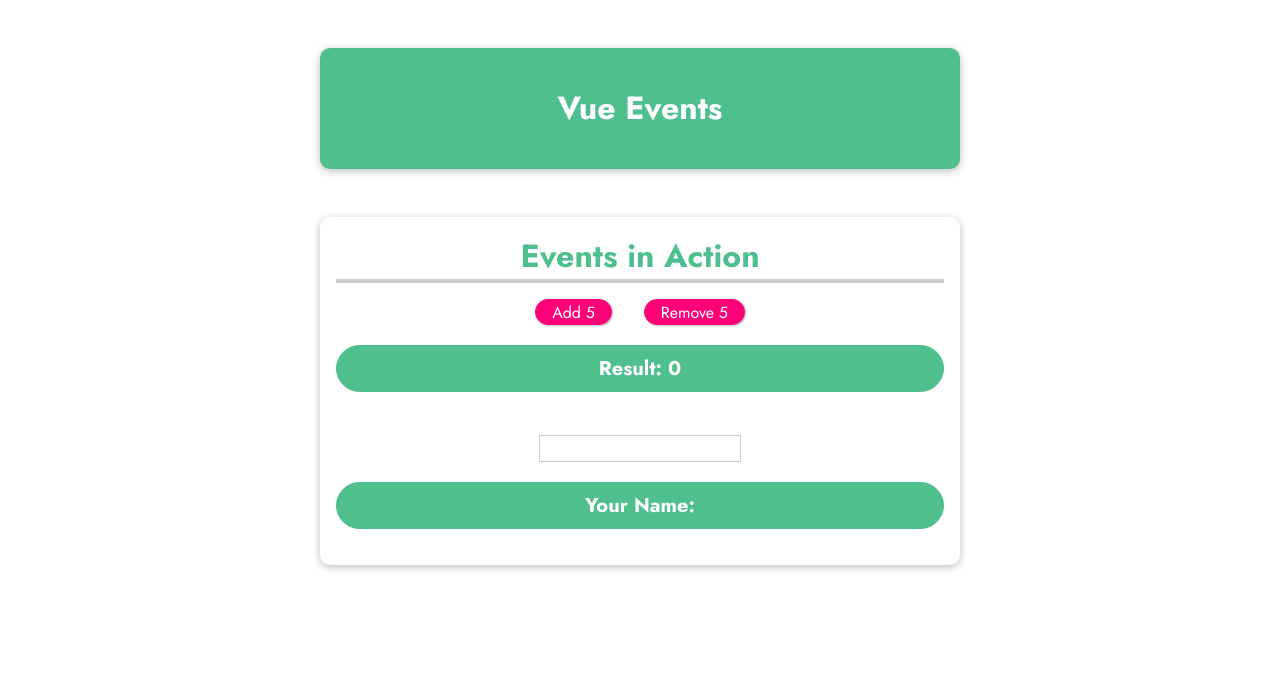
Repository: zmarkoni/Vue-The-Complete-Guide
Page: basics-03-events-starting-code/index.html
These files come from the project's save history. The page is drawn as it stood at one moment and after the next save; the edit follows.
The browser window is 1280 px wide. The pictures show the whole page.

Above is the page before, as saved 2020-12-29 17:48:27.

### basics-03-events-starting-code/index.html
<!DOCTYPE html>
<html lang="en">
  <head>
    <meta charset="UTF-8" />
    <meta name="viewport" content="width=device-width, initial-scale=1.0" />
    <title>Vue Basics</title>
    <link
      href="https://fonts.googleapis.com/css2?family=Jost:wght@400;700&display=swap"
      rel="stylesheet"
    />
    <link rel="stylesheet" href="styles.css" />
    <script src="https://unpkg.com/vue@next" defer></script>
    <script src="app.js" defer></script>
  </head>
  <body>
    <header>
      <h1>Vue Events</h1>
    </header>
    <section id="events">
      <h2>Events in Action</h2>
      <button v-on:click="add(5)">Add 5</button>
      <button v-on:click="reduce(5)">Remove 5</button>
      <p>Result: {{ counter }}</p>
      </br>
      <input type="text" v-on:input="setName">
      <p>Your Name: {{ name }}</p>
    </section>
  </body>
</html>

### basics-03-events-starting-code/styles.css
* {
  box-sizing: border-box;
}

html {
  font-family: 'Jost', sans-serif;
}

body {
  margin: 0;
}

header {
  box-shadow: 0 2px 8px rgba(0, 0, 0, 0.26);
  margin: 3rem auto;
  border-radius: 10px;
  padding: 1rem;
  background-color: #4fc08d;
  color: white;
  text-align: center;
  width: 90%;
  max-width: 40rem;
}

#events {
  box-shadow: 0 2px 8px rgba(0, 0, 0, 0.26);
  margin: 3rem auto;
  border-radius: 10px;
  padding: 1rem;
  text-align: center;
  width: 90%;
  max-width: 40rem;
}

#events h2 {
  font-size: 2rem;
  border-bottom: 4px solid #ccc;
  color: #4fc08d;
  margin: 0 0 1rem 0;
}

#events p {
  font-size: 1.25rem;
  font-weight: bold;
  border: 1px solid #4fc08d;
  background-color: #4fc08d;
  color: white;
  padding: 0.5rem;
  border-radius: 25px;
}

#events input {
  font: inherit;
  border: 1px solid #ccc;
}

#events input:focus {
  outline: none;
  border-color: #1b995e;
  background-color: #d7fdeb;
}

#events button {
  font: inherit;
  cursor: pointer;
  border: 1px solid #ff0077;
  background-color: #ff0077;
  color: white;
  padding: 0.05rem 1rem;
  box-shadow: 1px 1px 2px rgba(0, 0, 0, 0.26);
  border-radius: 20px;
  margin: 0 1rem;
}

#events button:hover,
#events button:active {
  background-color: #ec3169;
  border-color: #ec3169;
  box-shadow: 1px 1px 4px rgba(0, 0, 0, 0.26);
}

### basics-03-events-starting-code/app.js
const app = Vue.createApp({
	data() {
		return {
      counter: 0,
      name: ''
		};
	},
	methods: {
    setName(event) {
      this.name = event.currentTarget.value;
    },
		add(num) {
			return (this.counter = this.counter + num);
		},
		reduce(num) {
			return (this.counter = this.counter - num);
		},
	},
});

app.mount('#events');

After the next save:
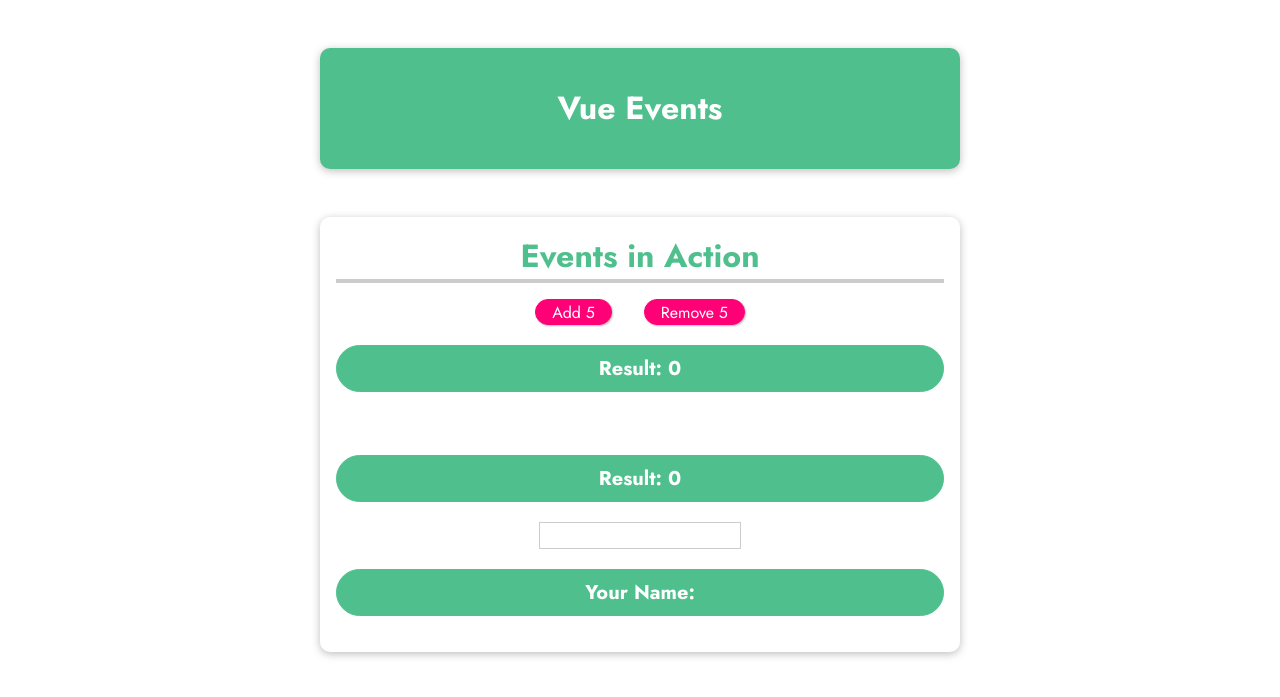
Saved 15 s later.
--- a/basics-03-events-starting-code/index.html
+++ b/basics-03-events-starting-code/index.html
@@ -22,6 +22,7 @@
       <button v-on:click="reduce(5)">Remove 5</button>
       <p>Result: {{ counter }}</p>
       </br>
+      <p>Result: {{ counter }}</p>
       <input type="text" v-on:input="setName">
       <p>Your Name: {{ name }}</p>
     </section>
